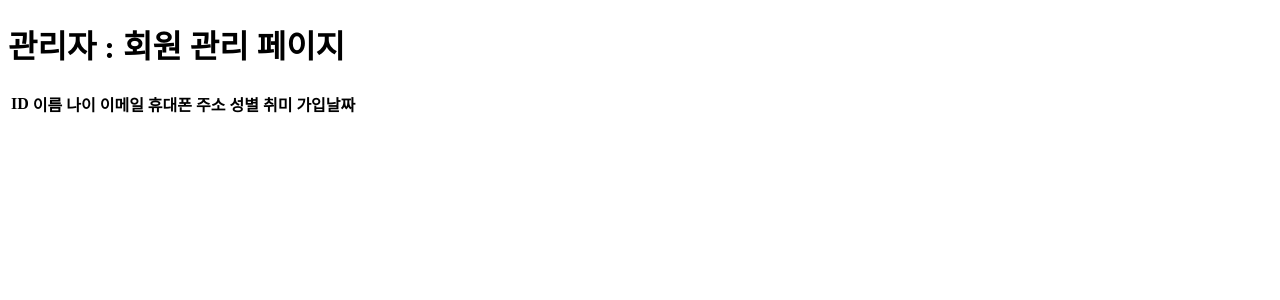
Repository: minimelody/servlet
Page: http://localhost/web2/allMember
These files come from the project's save history. The page is drawn as it stood at one moment and after the next save; the edit follows.
The browser window is 1280 px wide. The pictures show the whole page.
The page is served by Tomcat 9. Other server files are loaded and not shown. Queries for data that is not in the repository find no rows.

Above is the page before, as saved 2018-05-24 07:21:05.

### webworkspace2/web2/WebContent/views/member/allMember.jsp
<%@ page language="java" contentType="text/html; charset=UTF-8"
    pageEncoding="UTF-8"%>
<%@ page import="member.model.vo.*" import="java.util.ArrayList"%>
<% ArrayList<Member> list = (ArrayList<Member>)request.getAttribute("userList"); %>
<!DOCTYPE html PUBLIC "-//W3C//DTD HTML 4.01 Transitional//EN" "http://www.w3.org/TR/html4/loose.dtd">
<html>
<head>
<meta http-equiv="Content-Type" content="text/html; charset=UTF-8">
<title>Insert title here</title>
</head>
<body>
<h1>관리자 : 회원 관리 페이지</h1>
<table>
	<tr>
		<th>ID</th><th>이름</th><th>나이</th><th>이메일</th><th>휴대폰</th><th>주소</th><th>성별</th><th>취미</th><th>가입날짜</th>
	</tr>
	<% for(Member m : list){ %>
	<tr>
		<td><%=m.getUserId() %></td><td><%=m.getUserName() %></td><td><%=m.getAge() %></td>
		<td><%=m.getEmail() %></td><td><%=m.getPhone() %></td><td><%=m.getAddress() %></td>
		<td><%=m.getGender() %></td><td><%=m.getHobby() %></td><td><%=m.getEnrolldate() %></td>
	</tr>
	<% } %>
</table>
</body>
</html>

### webworkspace2/web2/src/member/controller/AllMemberServlet.java
package member.controller;

import java.io.IOException;
import java.util.ArrayList;

import javax.servlet.RequestDispatcher;
import javax.servlet.ServletException;
import javax.servlet.annotation.WebServlet;
import javax.servlet.http.HttpServlet;
import javax.servlet.http.HttpServletRequest;
import javax.servlet.http.HttpServletResponse;

import member.model.service.MemberService;
import member.model.vo.Member;

/**
 * Servlet implementation class AllMemberServlet
 */
@WebServlet(name = "AllMember", urlPatterns = { "/allMember" })
public class AllMemberServlet extends HttpServlet {
	private static final long serialVersionUID = 1L;

    /**
     * @see HttpServlet#HttpServlet()
     */
    public AllMemberServlet() {
        super();
        // TODO Auto-generated constructor stub
    }

	/**
	 * @see HttpServlet#doGet(HttpServletRequest request, HttpServletResponse response)
	 */
	protected void doGet(HttpServletRequest request, HttpServletResponse response) throws ServletException, IOException {
		//1. 전송값에 한글이 있을 경우를 처리할 수 있도록 인코딩 처리
		request.setCharacterEncoding("utf-8");

		//2. View에서 전송한 데이터를 받아 변수에 저장
		//3. 비즈니스 로직 처리 (Controller->Service->Dao->DB 처리후 리턴)

		ArrayList<Member> list = new MemberService().allMember();
		if(list!=null)
		{
			RequestDispatcher view = request.getRequestDispatcher("views/member/allMember.jsp");
			request.setAttribute("userList", list);
			view.forward(request, response);
		}

		//4. 처리 결과에 따라 성공/실패 페이지 리턴
	}

	/**
	 * @see HttpServlet#doPost(HttpServletRequest request, HttpServletResponse response)
	 */
	protected void doPost(HttpServletRequest request, HttpServletResponse response) throws ServletException, IOException {
		// TODO Auto-generated method stub
		doGet(request, response);
	}

}

### webworkspace2/web2/src/member/model/service/MemberService.java
package member.model.service;

import java.sql.Connection;
import java.sql.DriverManager;
import java.sql.SQLException;
import java.util.ArrayList;

import member.model.dao.MemberDao;
import member.model.vo.Member;
import common.JDBCTemplate;

public class MemberService {

	public Member selectOne(String userId, String userPwd) {
		Connection conn = JDBCTemplate.conn();
		Member m = new MemberDao().selectOne(conn, userId, userPwd);
		JDBCTemplate.close(conn);
		return m;
	}

	public ArrayList<Member> allMember() {
		Connection conn = JDBCTemplate.conn();
		ArrayList<Member> list = new MemberDao().allMember(conn);
		JDBCTemplate.close(conn);
		return list;
	}

	public int activation(String activation, String userId) {
		Connection conn = JDBCTemplate.conn();
		int result = new MemberDao().activation(conn, activation, userId);
		if(result>0)
		{
			JDBCTemplate.commit(conn);
		}
		else {
			JDBCTemplate.rollback(conn);
		}
		JDBCTemplate.close(conn);
		return result;
	}

	public int insertMember(Member m) {
		Connection conn = JDBCTemplate.conn();
		int result = new MemberDao().insertMember(conn,m);
		if(result>0)
		{
			JDBCTemplate.commit(conn);
		}
		else
		{
			JDBCTemplate.rollback(conn);
		}
		JDBCTemplate.close(conn);
		return result;
	}

	public boolean idCheck(String id) {
		Connection conn = null;
		boolean result = false;
		try {
			Class.forName("oracle.jdbc.driver.OracleDriver");
			conn = DriverManager.getConnection("jdbc:oracle:thin:@localhost:1521:xe","login_member","login_member");
			result = new MemberDao().idCheck(conn,id);
		} catch (ClassNotFoundException e) {
			e.printStackTrace();
		} catch (SQLException e) {
			e.printStackTrace();
		} finally {
			try {
				conn.close();
			} catch (SQLException e) {
				e.printStackTrace();
			}
		}
		return result;
	}

	public int updateMember(Member m) {
		Connection conn = JDBCTemplate.conn();
		int result = new MemberDao().updateMember(conn,m);
		if(result>0) {
			JDBCTemplate.commit(conn);
		}
		else {
			JDBCTemplate.rollback(conn);
		}
		JDBCTemplate.close(conn);
		return result;
	}

	public int deleteMember(String userId, String userPwd) {
		Connection conn = JDBCTemplate.conn();
		int result = new MemberDao().deleteMember(conn,userId, userPwd);
		if(result>0) {
			JDBCTemplate.commit(conn);
		}else {
			JDBCTemplate.rollback(conn);
		}
		JDBCTemplate.close(conn);
		return result;
	}

	public boolean changePwdCheck(String userId) {
		Connection conn = JDBCTemplate.conn();
		boolean result = new MemberDao().changePwdCheck(conn,userId);
		JDBCTemplate.close(conn);
		return result;
	}
}

### webworkspace2/web2/src/common/JDBCTemplate.java
package common;

import java.sql.Connection;
import java.sql.DriverManager;
import java.sql.ResultSet;
import java.sql.SQLException;
import java.sql.Statement;

public class JDBCTemplate {
	public static Connection conn() {
		Connection conn = null;
		try {
			Class.forName("oracle.jdbc.driver.OracleDriver");
			conn = DriverManager.getConnection("jdbc:oracle:thin:@localhost:1521:xe","Member_mgr","Member_mgr");
		} catch (ClassNotFoundException e) {
			e.printStackTrace();
		} catch (SQLException e) {
			e.printStackTrace();
		}
		return conn;
	}

	public static void close(Connection conn) {
		try {
			if(conn!=null && !conn.isClosed())
			{
				try {
					conn.close();
				} catch (SQLException e) {
					e.printStackTrace();
				}
			}
		} catch (SQLException e1) {
			e1.printStackTrace();
		}

	}

	public static void close(Statement stmt) {
		try {
			if(stmt!=null && !stmt.isClosed())
			{
				try {
					stmt.close();
				} catch (SQLException e) {
					e.printStackTrace();
				}
			}
		} catch (SQLException e1) {
			e1.printStackTrace();
		}
	}

	public static void close(ResultSet rset){
		try {
			if(rset!=null && !rset.isClosed()) {
				try {
					rset.close();
				} catch (SQLException e) {
					e.printStackTrace();
				}
			}
		} catch (SQLException e1) {
			e1.printStackTrace();
		}
	}

	public static void commit(Connection conn){
		try {
			if(conn!=null && !conn.isClosed()) {
				try {
					conn.commit();
				} catch (SQLException e) {
					e.printStackTrace();
				}
			}
		} catch (SQLException e1) {
			e1.printStackTrace();
		}
	}

	public static void rollback(Connection conn) {
		try {
			if(conn!=null && !conn.isClosed()) {
				try {
					conn.rollback();
				} catch (SQLException e) {
					e.printStackTrace();
				}
			}
		} catch (SQLException e) {
			e.printStackTrace();
		}
	}
}

### webworkspace2/web2/src/member/model/dao/MemberDao.java
package member.model.dao;

import java.sql.Connection;
import java.sql.PreparedStatement;
import java.sql.ResultSet;
import java.sql.SQLException;
import java.sql.Statement;
import java.util.ArrayList;

import common.JDBCTemplate;
import member.model.vo.Member;

public class MemberDao {

	public Member selectOne(Connection conn, String userId, String userPwd) {
		PreparedStatement pstmt = null;
		ResultSet rset = null;
		String query = "select * from member where userid=? and userpwd=?";
		Member m = null;

		try {
			pstmt = conn.prepareStatement(query);
			pstmt.setString(1,userId);
			pstmt.setString(2, userPwd);
			rset = pstmt.executeQuery();
			if(rset.next())
			{
				m = new Member();
				m.setUserId(rset.getString("userId"));
				m.setUserPwd(rset.getString("userPwd"));
				m.setUserName(rset.getString("userName"));
				m.setAge(rset.getInt("age"));
				m.setEmail(rset.getString("email"));
				m.setPhone(rset.getString("phone"));
				m.setAddress(rset.getString("address"));
				m.setGender(rset.getString("gender"));
				m.setHobby(rset.getString("hobby"));
				m.setEnrolldate(rset.getDate("enrolldate"));
			}
		} catch (SQLException e) {
			e.printStackTrace();
		} finally {
			JDBCTemplate.close(rset);
			JDBCTemplate.close(pstmt);
		}

		return m;
	}

	public ArrayList<Member> allMember(Connection conn) {
		Statement stmt = null;
		ResultSet rset = null;
		String query = "select * from member";
		ArrayList<Member> list = new ArrayList<Member>();
		try {
			stmt = conn.createStatement();
			rset = stmt.executeQuery(query);
			while(rset.next())
			{
				Member m = new Member();
				m.setUserId(rset.getString("userId"));
				m.setUserPwd(rset.getString("userPwd"));
				m.setUserName(rset.getString("userName"));
				m.setAge(rset.getInt("age"));
				m.setEmail(rset.getString("email"));
				m.setPhone(rset.getString("phone"));
				m.setAddress(rset.getString("address"));
				m.setGender(rset.getString("gender"));
				m.setHobby(rset.getString("hobby"));
				m.setEnrolldate(rset.getDate("enrolldate"));
				list.add(m);
			}
		} catch (SQLException e) {
			e.printStackTrace();
		} finally {
			JDBCTemplate.close(rset);
			JDBCTemplate.close(stmt);
		}
		return list;
	}

}

After the next save:
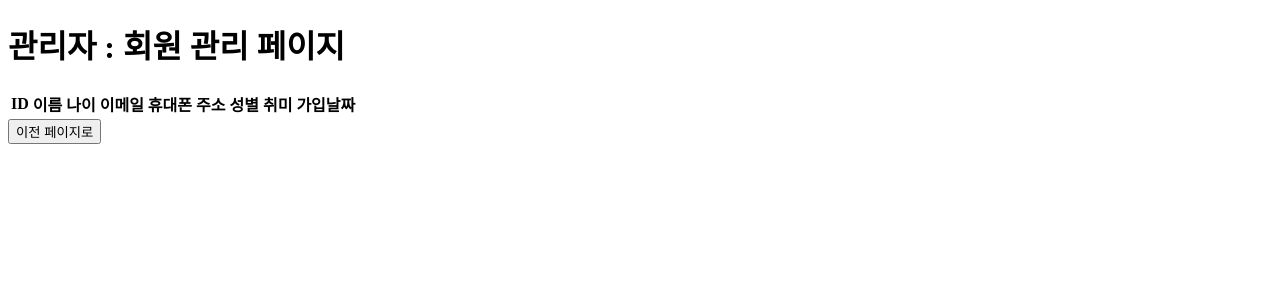
Saved 23 s later.
--- a/webworkspace2/web2/WebContent/views/member/allMember.jsp
+++ b/webworkspace2/web2/WebContent/views/member/allMember.jsp
@@ -22,5 +22,6 @@
 	</tr>
 	<% } %>
 </table>
+<button onclick="goback();">이전 페이지로</button>
 </body>
 </html>
